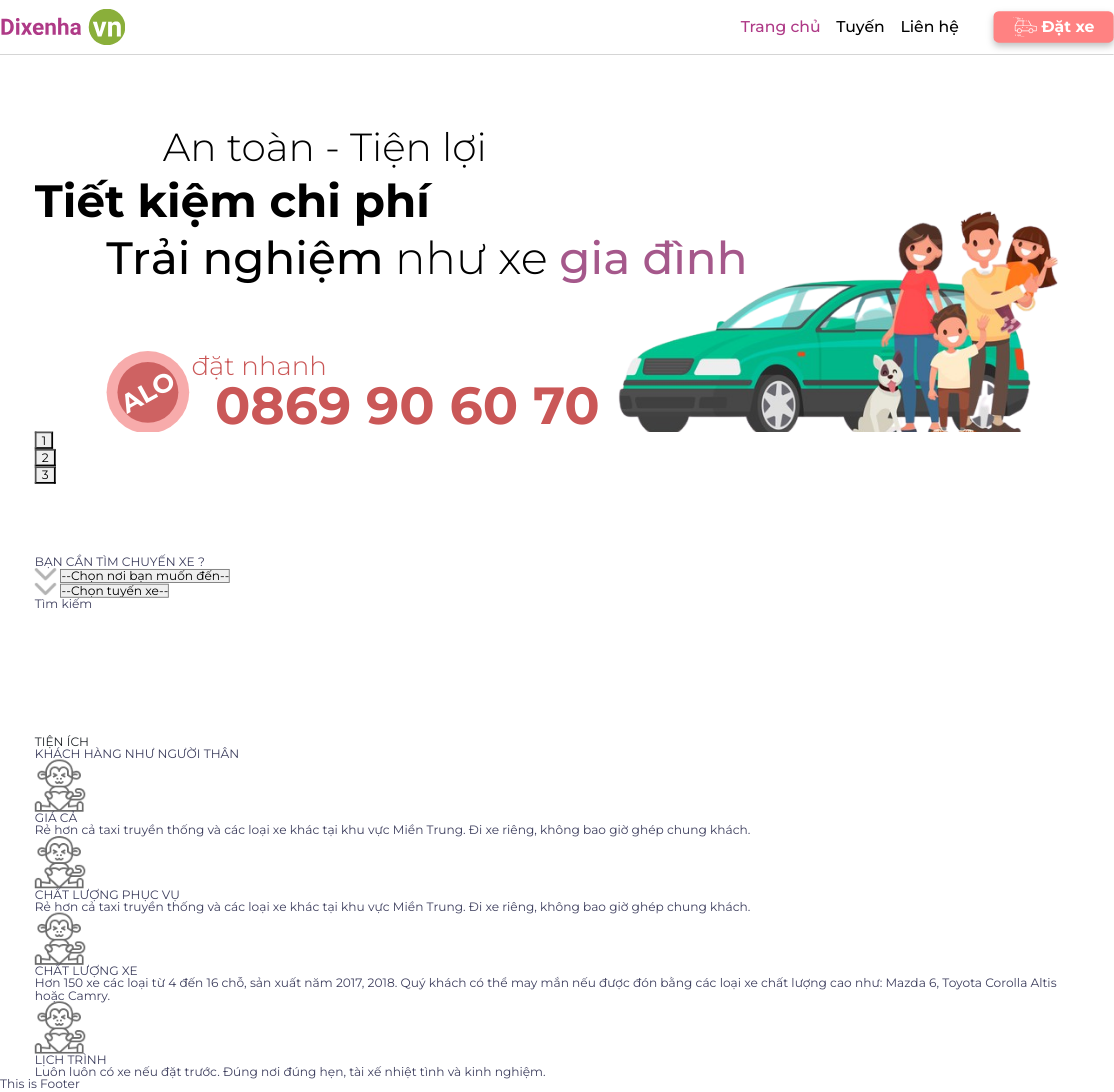
Repository: thanhthien0706/last_project--fe004
Page: lastProductF004/dist/index.html
The author's editor kept a copy of each file at every save. The page is drawn from the files as they stood at one save, then again after the next save.
The browser window is 1280 px wide. The pictures show the whole page, at 87% of full size.
Some web libraries are served in a nearby version. The style sheet was rebuilt from its Sass, Less or Tailwind sources for each picture, by a compiler version that may differ from the author's.

Above is the page before, as saved 2021-09-16 20:25:06.

After the next save:
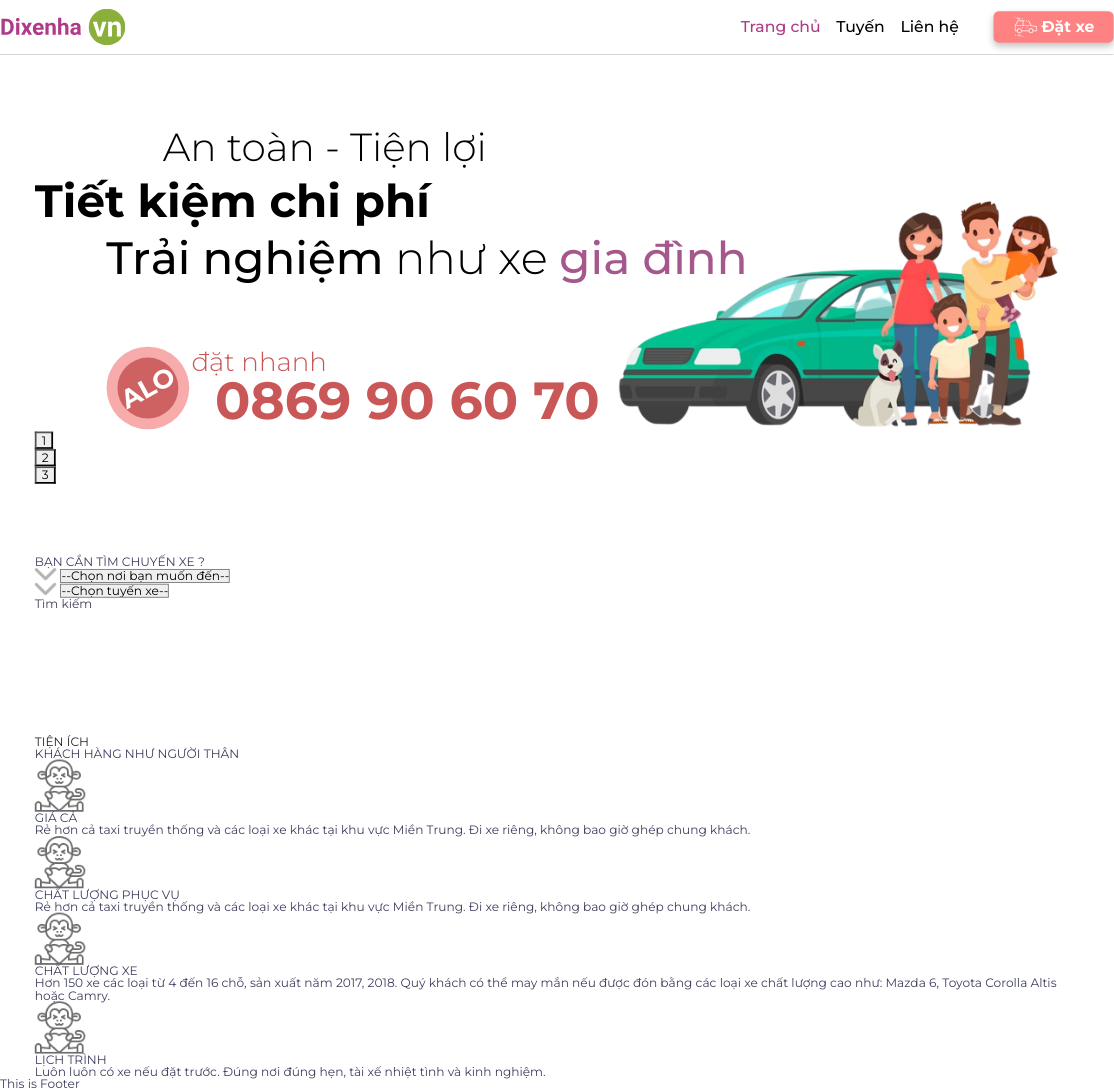
Saved 109 s later.
--- a/lastProductF004/src/styles/pages/_homepage.scss
+++ b/lastProductF004/src/styles/pages/_homepage.scss
@@ -54,7 +54,7 @@ html {
                 display: flex;
                 flex-direction: row;
                 align-items: center;
-                bottom: 0;
+                bottom: 5;
                 left: 130px;
                 .box_icon{
                     position: relative;
@@ -107,7 +107,7 @@ html {
             .box_img{
                 position: absolute;
                 right: -44px;
-                bottom: -66px;
+                bottom: -54px;
                 img{
                     width: auto;
                     height: 365px;
